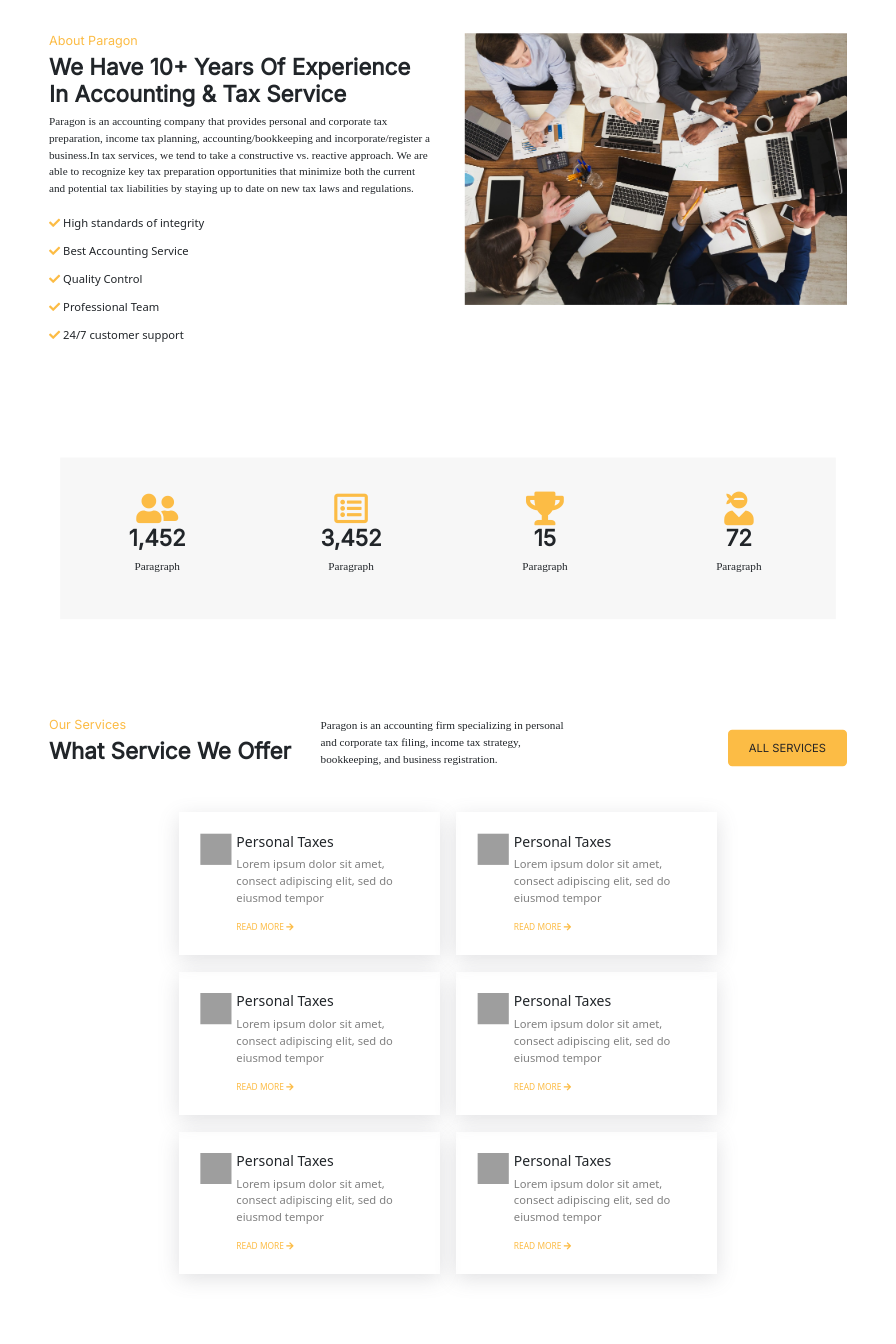
Repository: FailureMaster/paragonaccounting
Page: index.html
An editor plug-in stored every save of this project. The page is shown before and after the next save, followed by the edit.
The browser window is 1280 px wide. The pictures show the part of the page from y = 972 to 2892 px (the page is 2892 px tall before and 2796 px after), at 70% of full size.
Pictures or frames that could not be fetched are drawn as grey boxes. Some web fonts or font styles are not loaded; a fallback is used.

Above is the page before, as saved 2022-12-21 00:54:52.

After the next save:
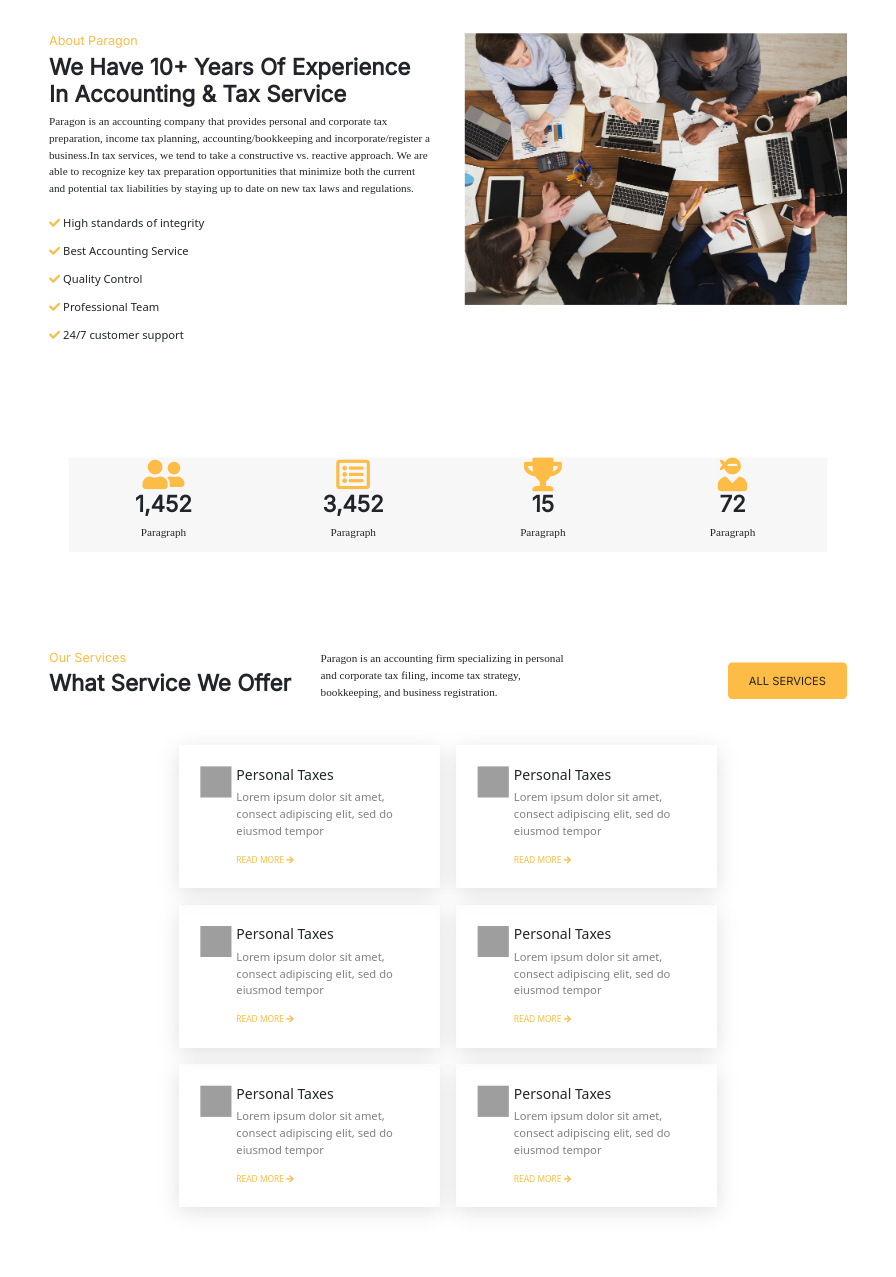
Saved 15 s later.
--- a/index.html
+++ b/index.html
@@ -75,7 +75,7 @@
         </div>
     </section>
     <section class="container" style="padding: 40px;">
-        <div class="row gx-5 gy-0 py-5" style="background: #f7f7f7;">
+        <div class="row" style="background: #f7f7f7;">
             <div class="col text-center"><i class="fas fa-user-friends par-counting-icon"></i>
                 <h2 class="par-h2">1,452</h2>
                 <p class="par-p">Paragraph</p>
